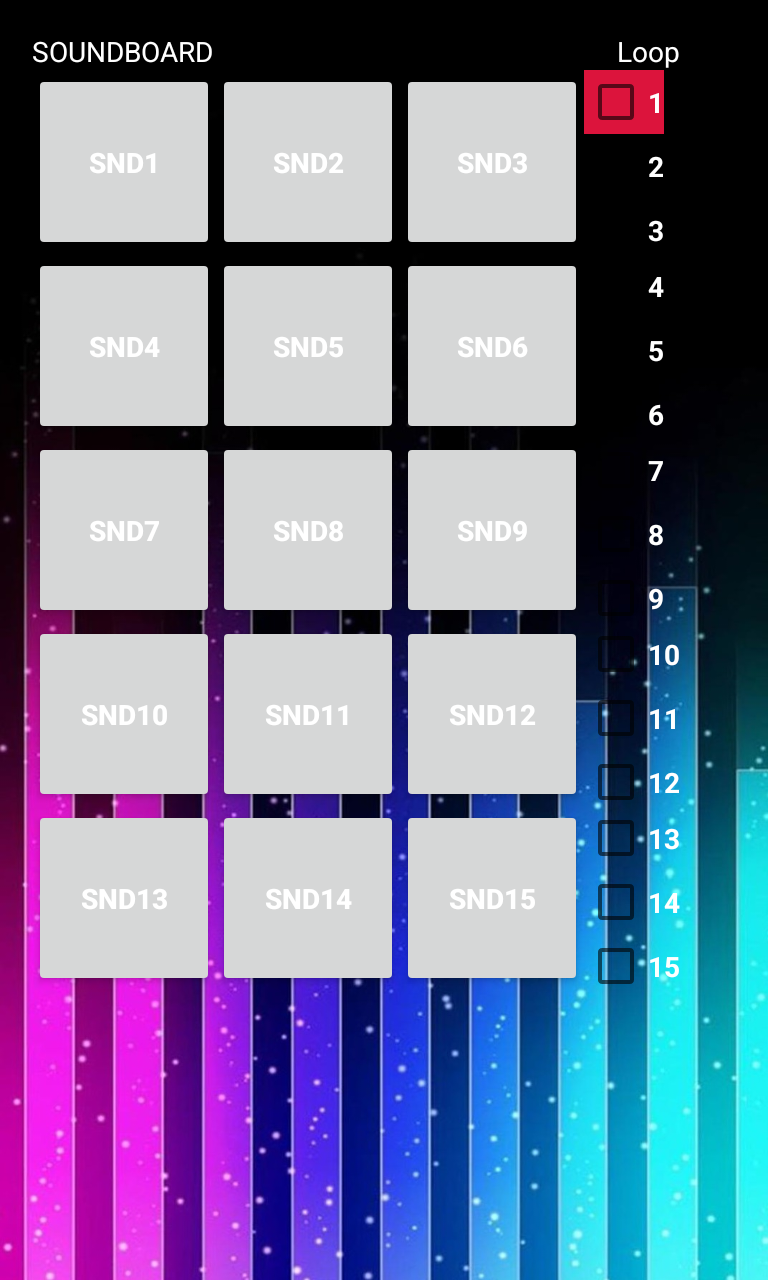
Repository: SoundBoardJAMJ/Project
Layout: workspace/SoundBoard/res/layout/defboard.xml
An editor plug-in stored every save of this project. The layout is shown before and after the next save, followed by the edit.
It is drawn on a 768 x 1280 px phone screen (xhdpi) without system bars, with theme AppTheme; the app's code is not run.

Above is the layout before, as saved 2014-05-02 07:18:59.

After the next save:
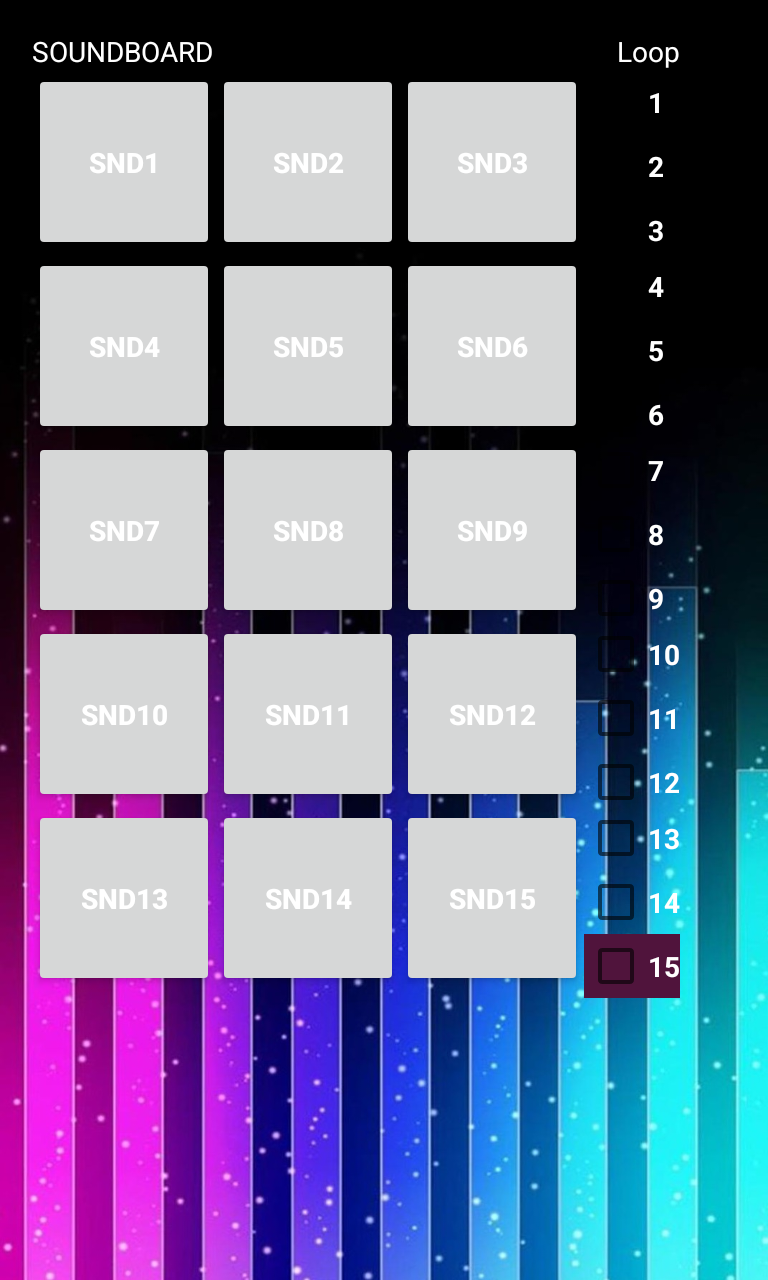
Saved 41 s later.
--- a/workspace/SoundBoard/res/layout/defboard.xml
+++ b/workspace/SoundBoard/res/layout/defboard.xml
@@ -218,7 +218,6 @@ android:layout_height="match_parent" >
         android:onClick="TogOnClick"
         android:text="1"
         android:textColor="@android:color/white"
-        android:background="#DC143C"
         android:textStyle="bold" />
 
     <CheckBox
@@ -387,6 +386,7 @@ android:layout_height="match_parent" >
         android:textColor="@android:color/white"
         android:alpha="1.0"
         android:textStyle="bold"
+        android:background="#50143C"
         android:text="15" />
 
     <TextView
